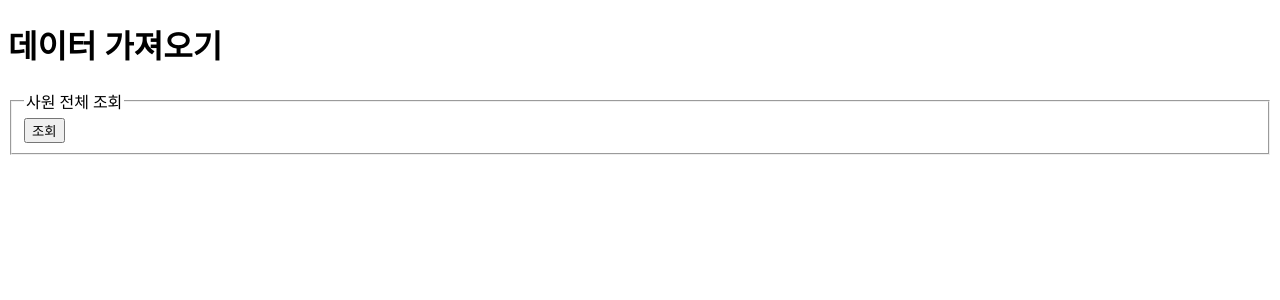
Repository: whdkwhdk90/JAVA
Page: 실습 코드/7. AJAX/UI_JQ_Ajax/WebContent/jq10_ajax.html
An editor plug-in stored every save of this project. The page is shown before and after the next save, followed by the edit.
The browser window is 1280 px wide. The pictures show the whole page.

Above is the page before, as saved 2020-06-22 05:11:31.

After the next save:
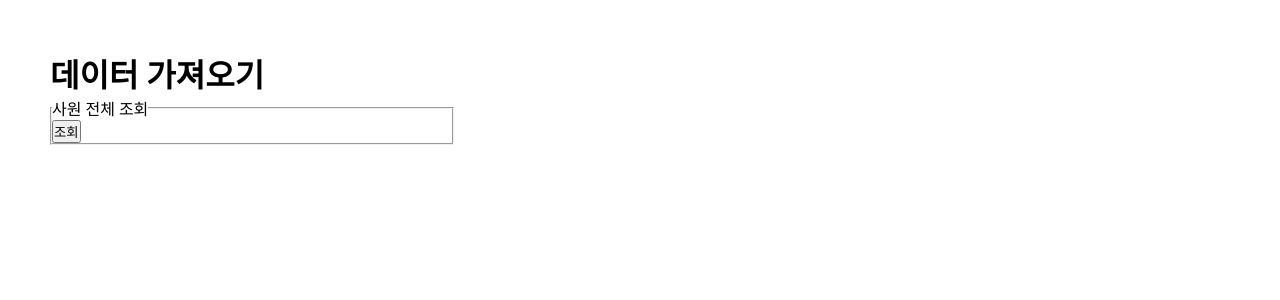
Saved 2 min 9 s later.
--- a/실습 코드/7. AJAX/UI_JQ_Ajax/WebContent/jq10_ajax.html
+++ b/실습 코드/7. AJAX/UI_JQ_Ajax/WebContent/jq10_ajax.html
@@ -3,6 +3,25 @@
 <head>
 <meta charset="UTF-8">
 <title>Insert title here</title>
+<style type="text/css">
+	*{
+		margin : 0px;
+		padding : 0px;
+	}
+	table{
+		width : 900px;
+	}
+	table tr:nth-child(1){
+		background-color : orange;
+	}
+	fieldset{
+		width : 400px;
+	}
+	body{
+		width : 1000px;
+		margin : 50px;
+	}
+</style>
 </head>
 <body>
 	<h1>데이터 가져오기</h1>
